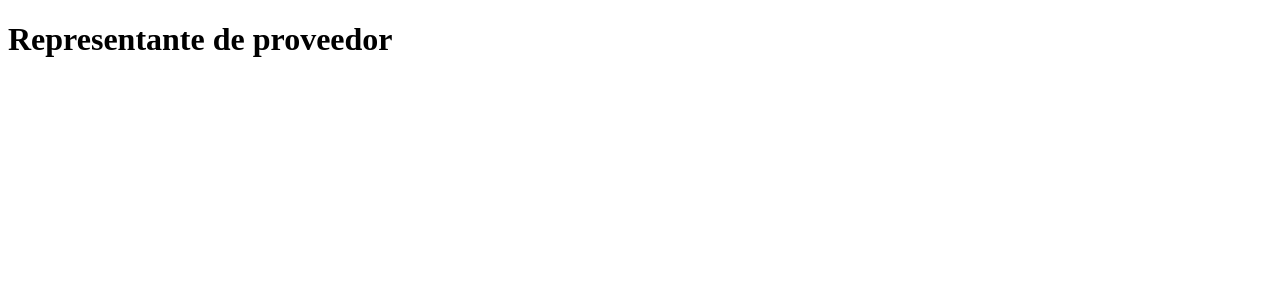
Repository: Julio-Sama/jacquis_system
Page: src/main/resources/templates/provRepre.html
These files come from the project's save history. The page is drawn as it stood at one moment and after the next save; the edit follows.
The browser window is 1280 px wide. The pictures show the whole page.

Above is the page before, as saved 2023-10-03 05:44:46.

After the next save:
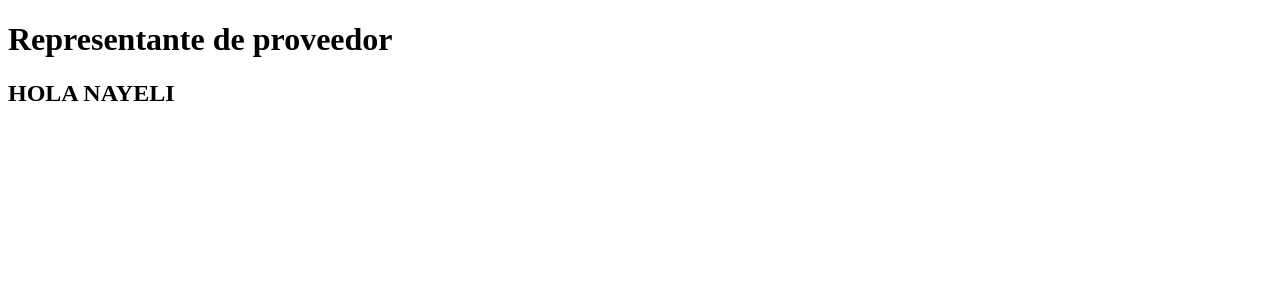
Saved 23 h 7 min later.
--- a/src/main/resources/templates/provRepre.html
+++ b/src/main/resources/templates/provRepre.html
@@ -7,5 +7,6 @@
 </head>
 <body>
     <h1>Representante de proveedor</h1>
+    <h2>HOLA NAYELI</h2>
 </body>
 </html>
